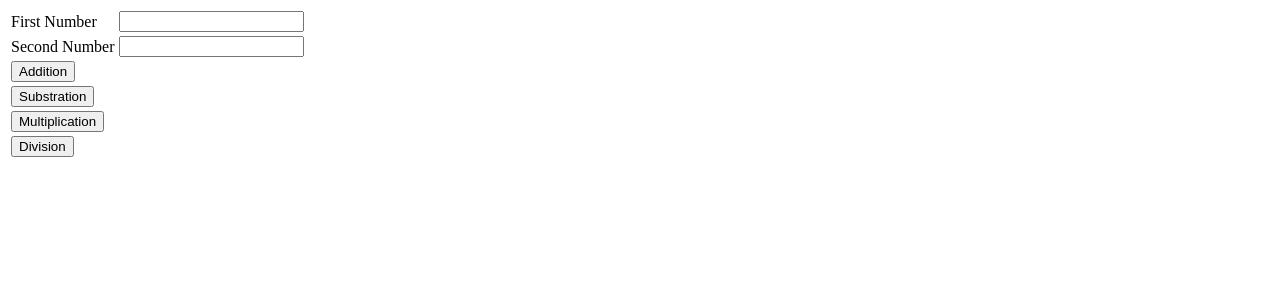
Repository: babududekula/Spring-Course-4.X-Version
Page: http://localhost/Jsp/classA.jsp
An editor plug-in stored every save of this project. The page is shown before and after the next save, followed by the edit.
The browser window is 1280 px wide. The pictures show the whole page.
The page is served by Tomcat 9.

Above is the page before, as saved 2023-02-06 16:47:34.

### Maven Projects/Jsp/src/main/webapp/classA.jsp
<%@ page language="java" contentType="text/html; charset=ISO-8859-1"
    pageEncoding="ISO-8859-1"%>
<!DOCTYPE html>
<html>
<head>
<meta charset="ISO-8859-1">
<title>Insert title here</title>
</head>
<body>
<form action="classB.jsp" method="get">

<table>
<tr>
	<td>First Number</td>
	<td><input type="text" name="first"/></td>
</tr>
<tr>
	<td>Second Number</td>
	<td><input type="text" name="second"/></td>
</tr>
<tr>
	<td><input type="submit" name="operation" value="Addition"/></td>
</tr>
<tr>
	<td><input type="submit" name="operation" value="Substration"/></td>
</tr>
<tr>
	<td><input type="submit" name="operation" value="Multiplication"/></td>
</tr>
<tr>
	<td><input type="submit" name="operation" value="Division"/></td>
</tr>
</table>

</form>
</body>
</html>

After the next save:
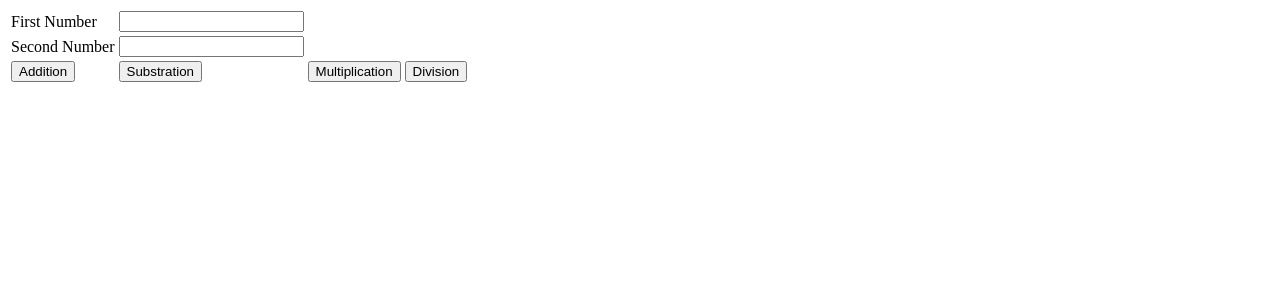
Saved 38 s later.
--- a/Maven Projects/Jsp/src/main/webapp/classA.jsp
+++ b/Maven Projects/Jsp/src/main/webapp/classA.jsp
@@ -20,14 +20,8 @@
 </tr>
 <tr>
 	<td><input type="submit" name="operation" value="Addition"/></td>
-</tr>
-<tr>
 	<td><input type="submit" name="operation" value="Substration"/></td>
-</tr>
-<tr>
 	<td><input type="submit" name="operation" value="Multiplication"/></td>
-</tr>
-<tr>
 	<td><input type="submit" name="operation" value="Division"/></td>
 </tr>
 </table>
